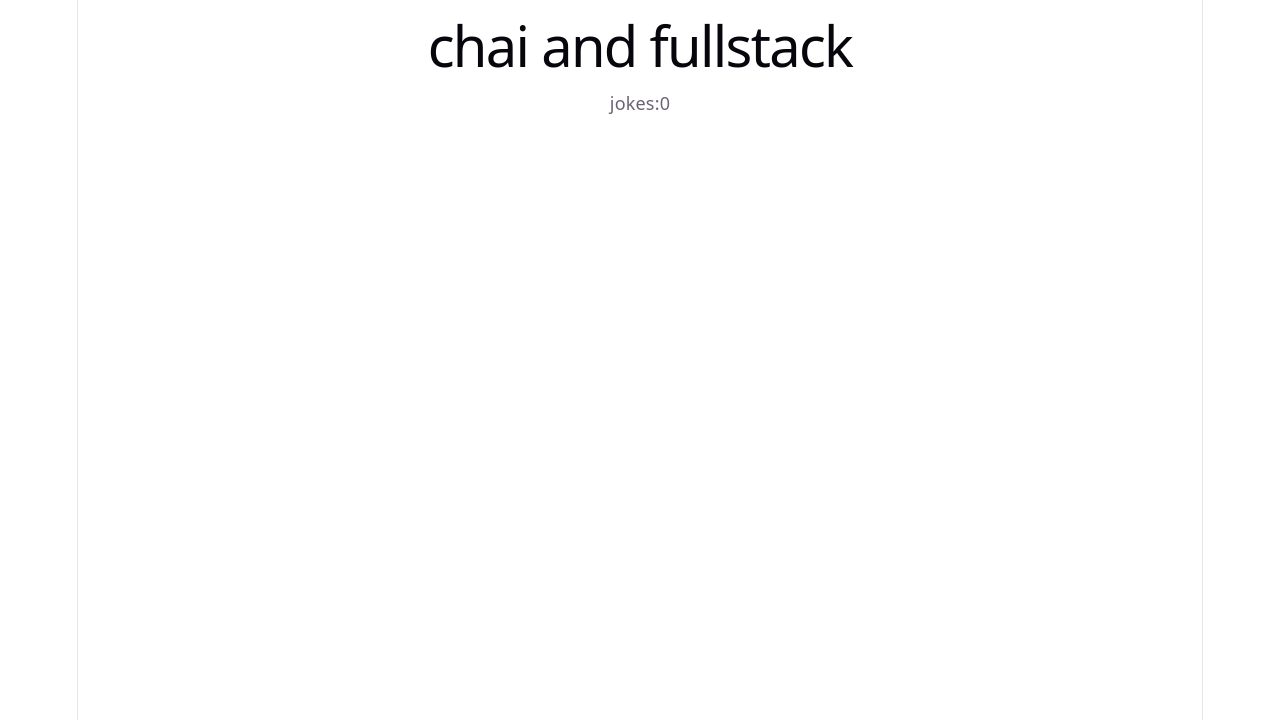
Repository: visusarvaiya/chai-aur-backend
Page: / (app in frontend/)
The author's editor kept a copy of each file at every save. The page is drawn from the files as they stood at one save, then again after the next save.
The browser window is 1280 px wide. The pictures show the whole page.
The page's requests for data from a server got no answer. The project was rebuilt for these pictures with package versions that can differ from the ones it lists, and the page was loaded fresh each time. No one was signed in, and anything a server would have sent is missing. Also part of the build but not shown: frontend/vite.config.js, frontend/src/App.css.

Above is the page before, as saved 2026-04-14 14:48:57.

### frontend/src/index.css
:root {
  --text: #6b6375;
  --text-h: #08060d;
  --bg: #fff;
  --border: #e5e4e7;
  --code-bg: #f4f3ec;
  --accent: #aa3bff;
  --accent-bg: rgba(170, 59, 255, 0.1);
  --accent-border: rgba(170, 59, 255, 0.5);
  --social-bg: rgba(244, 243, 236, 0.5);
  --shadow:
    rgba(0, 0, 0, 0.1) 0 10px 15px -3px, rgba(0, 0, 0, 0.05) 0 4px 6px -2px;

  --sans: system-ui, 'Segoe UI', Roboto, sans-serif;
  --heading: system-ui, 'Segoe UI', Roboto, sans-serif;
  --mono: ui-monospace, Consolas, monospace;

  font: 18px/145% var(--sans);
  letter-spacing: 0.18px;
  color-scheme: light dark;
  color: var(--text);
  background: var(--bg);
  font-synthesis: none;
  text-rendering: optimizeLegibility;
  -webkit-font-smoothing: antialiased;
  -moz-osx-font-smoothing: grayscale;

  @media (max-width: 1024px) {
    font-size: 16px;
  }
}

@media (prefers-color-scheme: dark) {
  :root {
    --text: #9ca3af;
    --text-h: #f3f4f6;
    --bg: #16171d;
    --border: #2e303a;
    --code-bg: #1f2028;
    --accent: #c084fc;
    --accent-bg: rgba(192, 132, 252, 0.15);
    --accent-border: rgba(192, 132, 252, 0.5);
    --social-bg: rgba(47, 48, 58, 0.5);
    --shadow:
      rgba(0, 0, 0, 0.4) 0 10px 15px -3px, rgba(0, 0, 0, 0.25) 0 4px 6px -2px;
  }

  #social .button-icon {
    filter: invert(1) brightness(2);
  }
}

body {
  margin: 0;
}

#root {
  width: 1126px;
  max-width: 100%;
  margin: 0 auto;
  text-align: center;
  border-inline: 1px solid var(--border);
  min-height: 100svh;
  display: flex;
  flex-direction: column;
  box-sizing: border-box;
}

h1,
h2 {
  font-family: var(--heading);
  font-weight: 500;
  color: var(--text-h);
}

h1 {
  font-size: 56px;
  letter-spacing: -1.68px;
  margin: 32px 0;
  @media (max-width: 1024px) {
    font-size: 36px;
    margin: 20px 0;
  }
}
h2 {
  font-size: 24px;
  line-height: 118%;
  letter-spacing: -0.24px;
  margin: 0 0 8px;
  @media (max-width: 1024px) {
    font-size: 20px;
  }
}
p {
  margin: 0;
}

code,
.counter {
  font-family: var(--mono);
  display: inline-flex;
  border-radius: 4px;
  color: var(--text-h);
}

code {
  font-size: 15px;
  line-height: 135%;
  padding: 4px 8px;
  background: var(--code-bg);
}

### frontend/src/App.jsx
// import { useState } from 'react'
// import reactLogo from './assets/react.svg'
// import viteLogo from './assets/vite.svg'
// import heroImg from './assets/hero.png'
import { useState } from 'react'
import './App.css'
import axios from 'axios'
import { useEffect } from 'react'

function App() {
   const [jokes ,setjokes] = useState([])
   useEffect(()=>{
    axios.get('/api/jokes') // axios handle all formate json , take data from backend

    .then ((response)=>{
      setjokes(response.data)
    })
    .catch((error)=>{
      console.log(error)
    })
   })

  return (
     <div>
     <h1> chai and fullstack</h1>
     <p>jokes:{jokes.length}</p>
     {
      jokes.map((joke)=>{
        <div key={joke.id} >
        <h3>{joke.title}</h3>
        <p>{joke.content}</p>
         </div>
      })

     }
     </div>
  )
}

export default App

Loaded but not shown: frontend/src/main.jsx (common file)

After the next save:
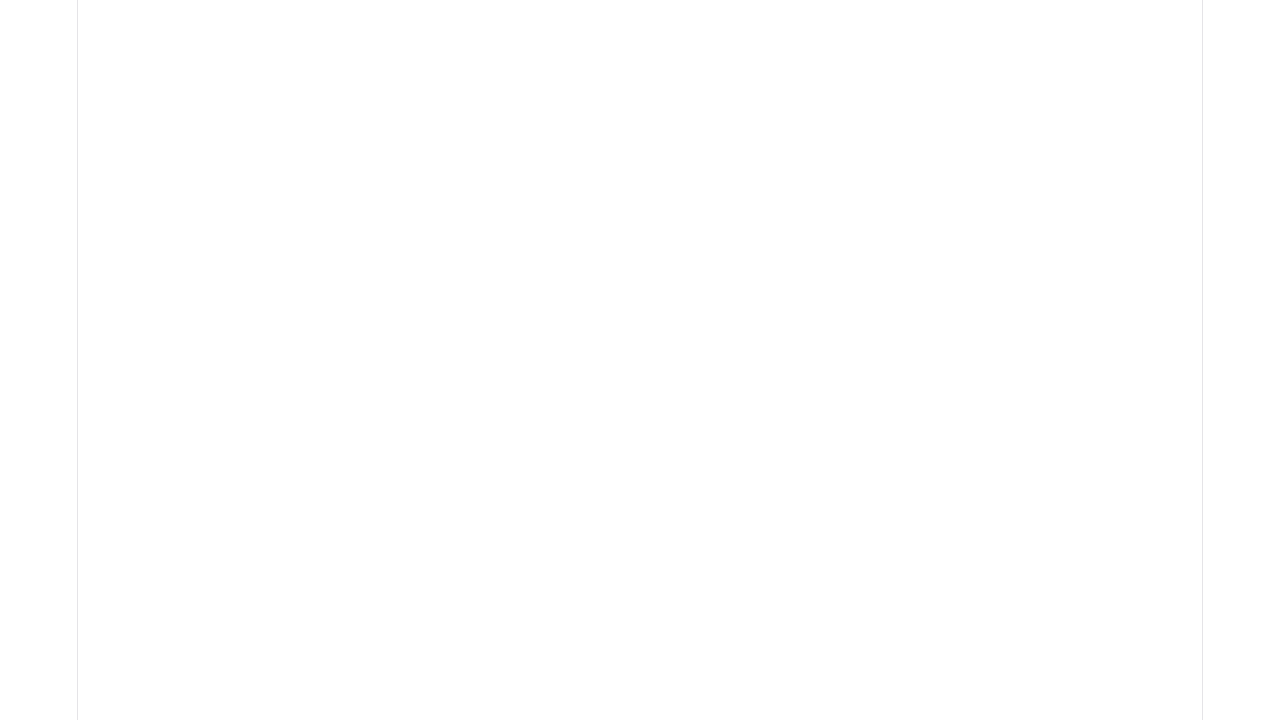
Console error: TypeError: jokes.map is not a function
Saved 15 s later.
--- a/frontend/src/App.jsx
+++ b/frontend/src/App.jsx
@@ -10,7 +10,7 @@
 function App() {
    const [jokes ,setjokes] = useState([])
    useEffect(()=>{
-    axios.get('/api/jokes') // axios handle all formate json , take data from backend
+    axios.get('http://localhost:3000') // axios handle all formate json , take data from backend
 
     .then ((response)=>{
       setjokes(response.data)

After the 6 saves that followed:
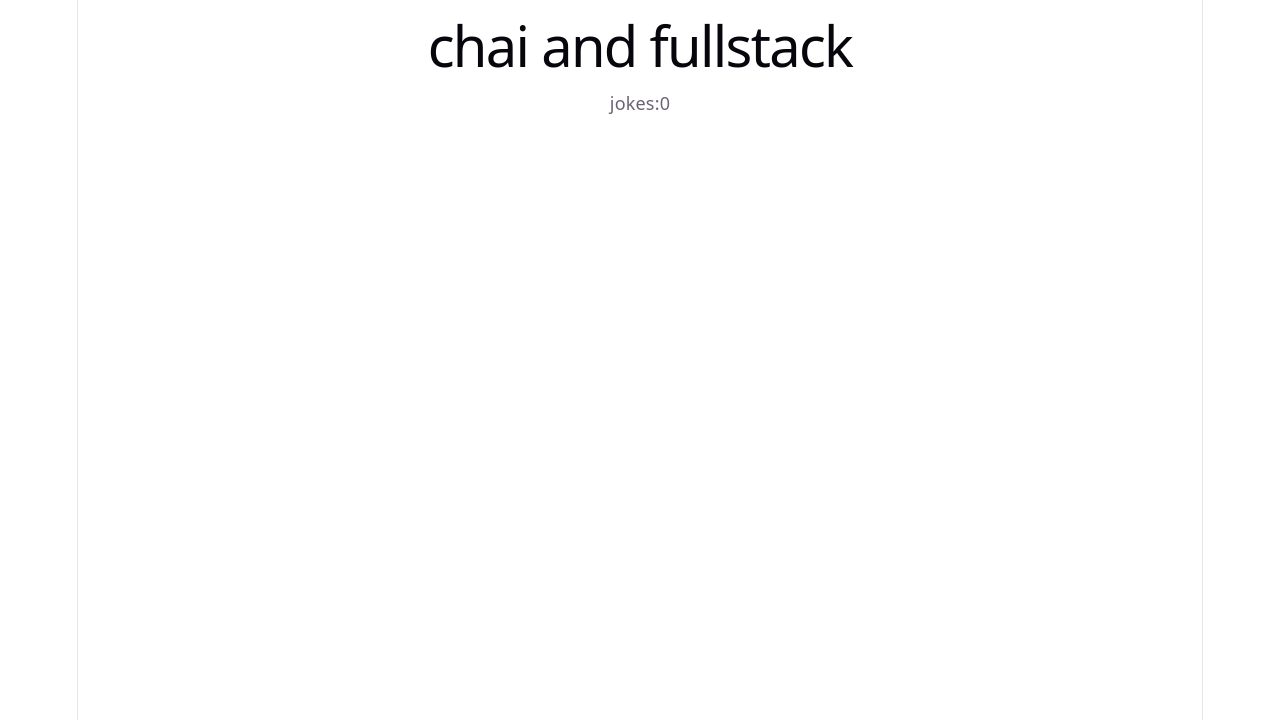
The error is gone.
The 6 saves are shown as one change because 4 left the picture as it was and some came seconds apart.
The last was saved 30 s later.
--- a/frontend/src/App.jsx
+++ b/frontend/src/App.jsx
@@ -10,7 +10,7 @@
 function App() {
    const [jokes ,setjokes] = useState([])
    useEffect(()=>{
-    axios.get('http://localhost:3000') // axios handle all formate json , take data from backend
+    axios.get('/api/jokes') // axios handle all formate json , take data from backend
 
     .then ((response)=>{
       setjokes(response.data)
